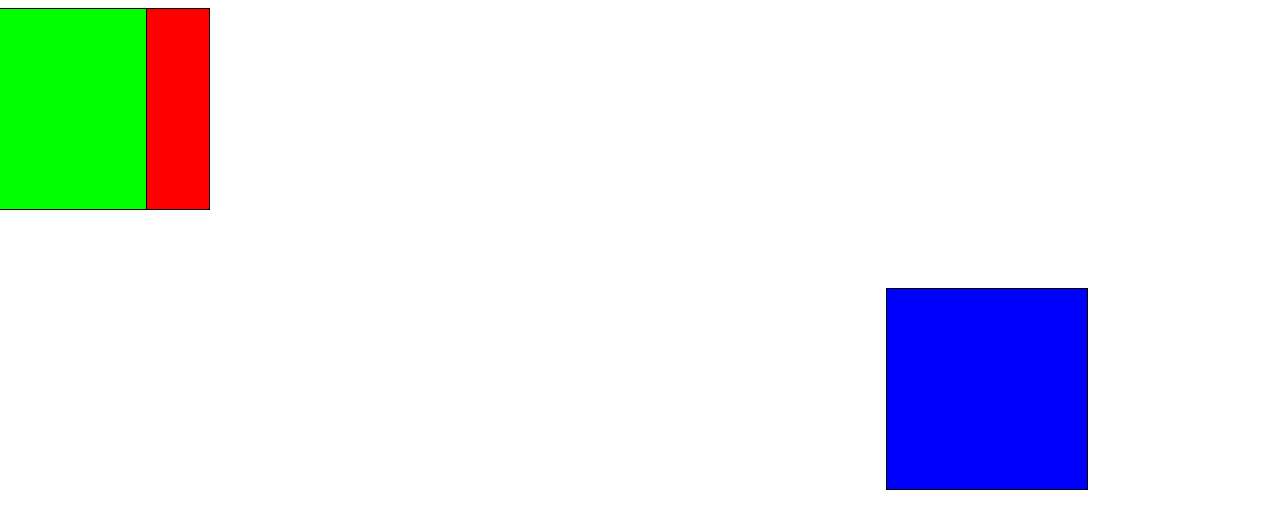
Repository: Divineridh/LPPAChallenges
Page: Trabajos en Clase/ejercicio cajas positions/index.html
An editor plug-in stored every save of this project. The page is shown before and after the next save, followed by the edit.
The browser window is 1280 px wide. The pictures show the whole page.

Above is the page before, as saved 2022-05-03 20:57:46.

### Trabajos en Clase/ejercicio cajas positions/index.html
<!DOCTYPE html>
<html lang="en">
<head>
    <meta charset="UTF-8">
    <meta http-equiv="X-UA-Compatible" content="IE=edge">
    <meta name="viewport" content="width=device-width, initial-scale=1.0">
    <link rel="stylesheet" href="./style.css">
    <title>Divs positions</title>
</head>
<body>
    <div class="div1 divs"></div>
    <div class="div2 divs"></div>
    <div class="div3 divs"></div>
</body>
</html>

### Trabajos en Clase/ejercicio cajas positions/style.css
.div1 {
    background-color: #FF0000;
    position: fixed;
}

.div2 {
    background-color: #00FF00;
    position: relative;
    top: 30%;
    right: 5%;
    /* float: right; */
}

.div3 {
    background-color: #0000FF;
    position: absolute;
    top: 40%;
    right: 15%;
}

.divs {
    height: 200px;
    width: 200px;
    border: solid black 1px;
}

After the next save:
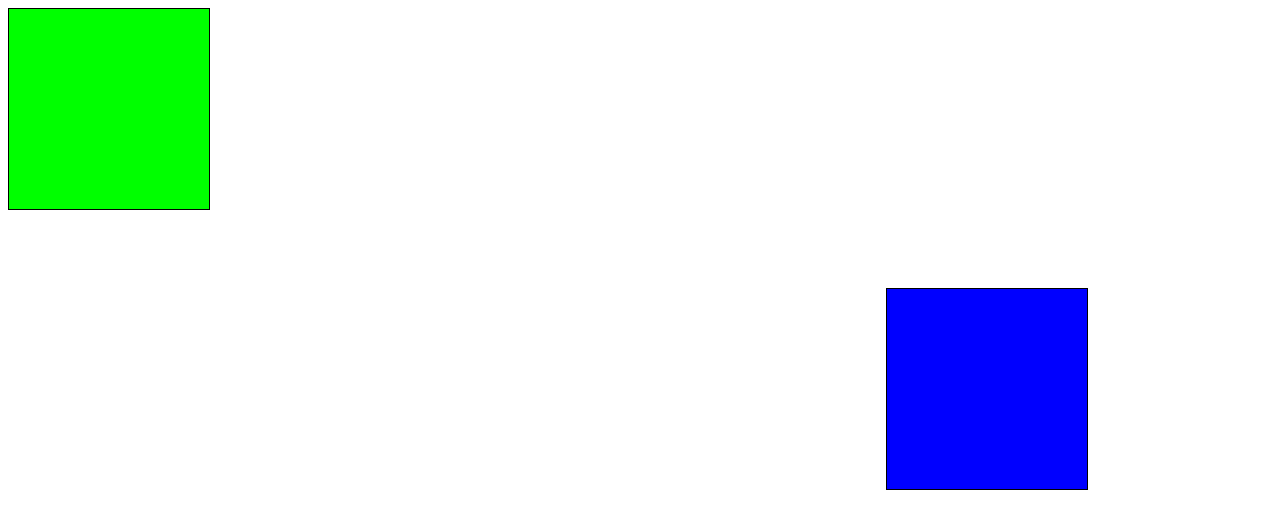
Saved 18 s later.
--- a/Trabajos en Clase/ejercicio cajas positions/style.css
+++ b/Trabajos en Clase/ejercicio cajas positions/style.css
@@ -7,7 +7,7 @@
     background-color: #00FF00;
     position: relative;
     top: 30%;
-    right: 5%;
+    right: 0;
     /* float: right; */
 }
 
